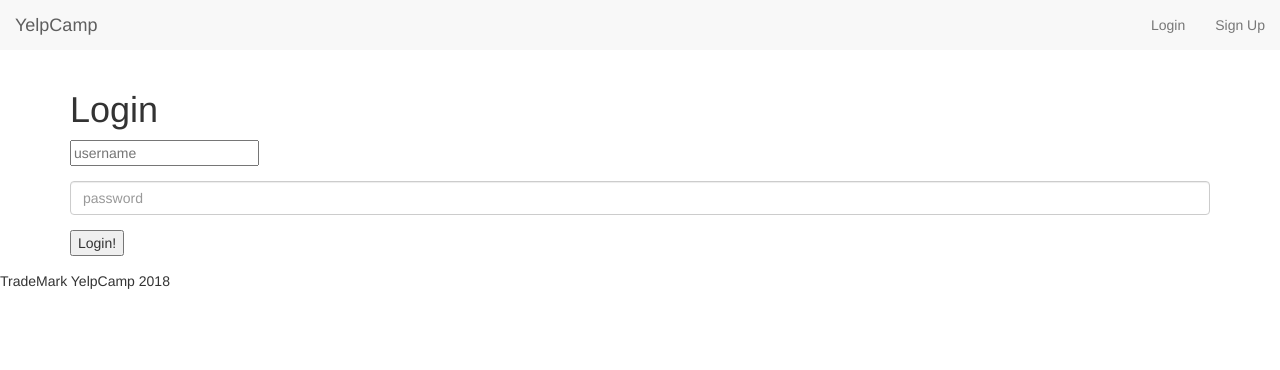
Repository: Kushagrakmr/c9backup
Page: http://localhost/login
The author's editor kept a record of every edit. The page is drawn from the files as they stood at one moment, then again after the next edit.
The browser window is 1280 px wide. The pictures show the whole page.
The page is served by the project's Node server (YelpCamp/v12/app.js). Other server files are loaded and not shown.

Above is the page before.

### YelpCamp/v12/views/login.ejs
<% include ./partials/header %>

<div class = "container">
    <h1>Login</h1>
    <form action = "/login" method = "POST">
        <div class = "form-group">
            <input   type = "text" name = "username" placeholder = "username">
        </div>
        <div class = "form-group">
            <input class = "form-control" type = "password" name = "password" placeholder = "password">
        </div>
        <div class = "form-group">
            <input type= "submit" value = "Login!">
        </div>
    </form>
</div>

<% include ./partials/footer %>

### YelpCamp/v12/views/partials/header.ejs
<!DOCTYPE html>
<html>
    <head>
        <title>Yelp Camp</title>
        <link rel="stylesheet" href= "https://stackpath.bootstrapcdn.com/bootstrap/3.3.5/css/bootstrap.min.css">
        <link rel = "stylesheet" href = "/stylesheets/main.css">
    </head>
    <body>

<div id = "navbar_margin">
    <nav class="nav navbar-default">
     <div class = "conatainer-fluid">
         <div class-"navbar-header">
             <a class= "navbar-brand" href= "/">YelpCamp</a>
         </div>
         <div class="collapse navbar-collapse">
             <ul class = " nav navbar-nav navbar-right">
                    <% if(!currentUser) { %>
                        <li><a href="/login">Login</a></li>
                        <li><a href="/register">Sign Up</a></li>
                     <% } else { %>
                        <li><a href="#">Signed in as <%= currentUser.username %></a></li>
                        <li><a href="/logout">Logout</a></li>
                     <% } %>
             </ul>
         </div>
     </div>
    </nav>
</div>


<div class = "container">
    <% if(error  && error.length > 0) { %>
        <div class = "alert alert-danger" role = "alert">
            <h5><%= error %></h5>
        </div>
    <% } %>

    <% if(success  && success.length > 0) { %>
        <div class = "alert alert-success" role = "alert">
            <h5><%= success %></h5>
        </div>
    <% } %>
</div>

### YelpCamp/v12/views/partials/footer.ejs
       <p> TradeMark YelpCamp 2018</p>
    </body>
</html>

### YelpCamp/v12/app.js
var express       = require("express"),
     app          = express(),
    bodyParser    = require("body-parser"),
    flash         = require("connect-flash"),
    mongoose      = require("mongoose"),
    passport      = require("passport"),
    LocalStrategy = require("passport-local"),
    Campground    = require("./models/campgrounds"),
    methodOverride= require("method-override"),
    Comment       = require("./models/comment"),
    User          = require("./models/user"),
    seedDB        = require("./seeds")

var commentRoutes     = require("./routes/comments"),
    campgroundRoutes  = require("./routes/campgrounds"),
    indexRoutes        = require("./routes/index");

mongoose.connect("mongodb://localhost:27017/yelp_camp_v11", {useNewUrlParser : true});
app.use(bodyParser.urlencoded({extended : true}));
app.set("view engine", "ejs");
app.use(express.static(__dirname + "/public"));
app.use(methodOverride("_method"));
app.use(flash())
//seedDB();

//PASSPORT CONFIGUARTION
app.use(require("express-session")({
    secret : "Rusty is the best and cutest dog!",
    resave: false,
    saveUninitialized : false
}));
app.use(passport.initialize());
app.use(passport.session());
passport.use(new LocalStrategy(User.authenticate()));
passport.serializeUser(User.serializeUser());
passport.deserializeUser(User.deserializeUser());


app.use(function(request, response, next){
    response.locals.currentUser = request.user;
    response.locals.error       = request.flash("error");
    response.locals.success     = request.flash("success");
    next();
});


app.use(indexRoutes);
app.use(commentRoutes);
app.use(campgroundRoutes);

app.listen(3000, function(){
    console.log("The Yelp Camp Server Has Started");
});

### YelpCamp/v12/routes/index.js
 var express = require("express");
var router  = express.Router();
var passport = require("passport");
var User    = require("../models/user");



router.get("/",function(request, response){
    response.render("landing");
});


//======================
//AUTHENTICATION ROUTES
//======================


//show register form
router.get("/register",function(request, response) {
    response.render("register");
});

//handle signUp logic
router.post("/register", function(request, response) {
    var newUser = new User({username: request.body.username});
    User.register(newUser, request.body.password, function(error, user){
        if(error) {
            request.flash("error", error.message);
            return response.redirect("/register");
        }
        passport.authenticate("local")(request, response, function(){
            request.flash("error", "You need to be logged in to do that");
            request.flash("success", "Welcome to YelpCamp " + user.username);
            response.redirect("/campgrounds");
        });
    });
});


//show login form
router.get("/login", function(request, response) {
    response.render("login");
});

router.post("/login", passport.authenticate("local",
    {
        successRedirect : "/campgrounds",
        failureRedirect : "/login"
    }),function(request, response) {
});

//logout route
router.get("/logout", function(request, response) {
    request.logout();
    request.flash("success", "Logged You Out!")
    response.redirect("/campgrounds");
});

module.exports = router;

### YelpCamp/v12/public/stylesheets/main.css
.thumbnail img {
    width: 100%;
}

.thumbnail {
    padding: 0;
}

.thumbnail .caption-full{
    padding: 9px;
}

.delete-form {
    display: inline;
}

#navbar_margin {
    margin-bottom: 20px;
}

After the next edit:
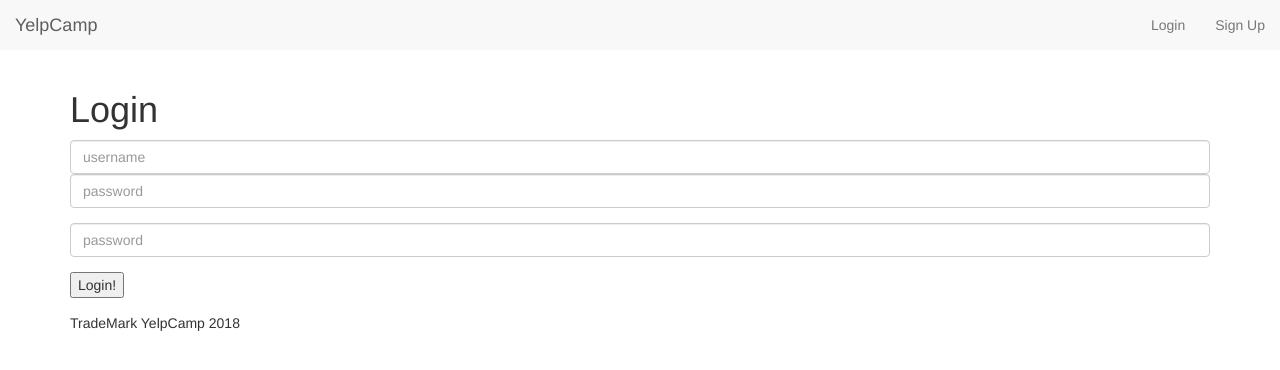
The edit:
--- a/YelpCamp/v12/views/login.ejs
+++ b/YelpCamp/v12/views/login.ejs
@@ -4,7 +4,9 @@
     <h1>Login</h1>
     <form action = "/login" method = "POST">
         <div class = "form-group">
-            <input   type = "text" name = "username" placeholder = "username">
+            <input class = "form-control"  type = "text" name = "username" placeholder = "username">
+        <div class = "form-group">
+            <input class = "form-control" type = "password" name = "password" placeholder = "password">
         </div>
         <div class = "form-group">
             <input class = "form-control" type = "password" name = "password" placeholder = "password">
